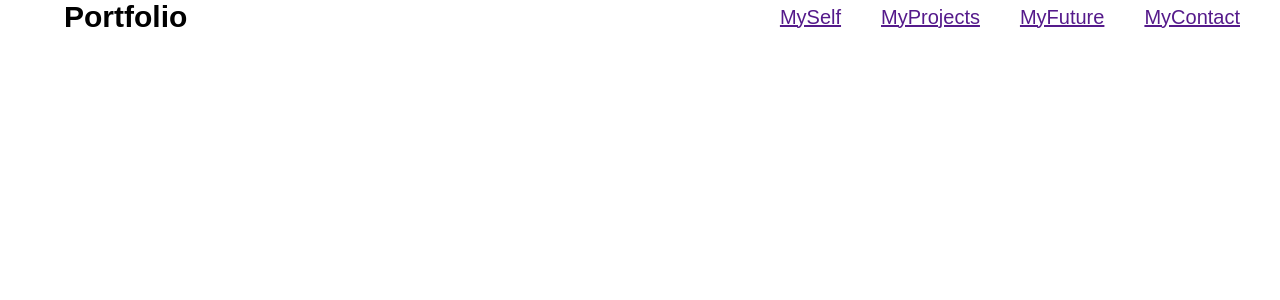
Repository: ChristianGecchelin/PortfolioOnline
Page: index.html
An editor plug-in stored every save of this project. The page is shown before and after the next save, followed by the edit.
The browser window is 1280 px wide. The pictures show the whole page.

Above is the page before, as saved 2022-01-08 11:22:41.

### index.html
<!DOCTYPE html>
<html lang="en">
  <head>
    <meta charset="UTF-8" />
    <meta http-equiv="X-UA-Compatible" content="IE=edge" />
    <meta name="viewport" content="width=device-width, initial-scale=1.0" />
    <title>Portfolio Christian</title>
    <link rel="stylesheet" href="./styles/styles.css" />
  </head>
  <body>
    <header>
      <nav>
        <h1>Portfolio</h1>
        <ul class="nav justify-content-end">
          <li class="nav-item">
            <a class="nav-link" href="">MySelf</a>
          </li>
          <li class="nav-item">
            <a class="nav-link" href="">MyProjects</a>
          </li>
          <li class="nav-item">
            <a class="nav-link" href="">MyFuture</a>
          </li>
          <li class="nav-item">
            <a class="nav-link" href="">MyContact</a>
          </li>
        </ul>
      </nav>
      <main class="principalContainer">
        <section class="principalContainer-mySelf"></section>
        <div class="principalContainer-mySelf--information"></div>
        <div class="principalContainer-mySelf--image"></div>
        <section class="principalContainer-myProject"></section>
        <section class="principalContainer-myFuture"></section>
        <section class="principalContainer-myContact"></section>
      </main>
    </header>
  </body>
</html>

### styles/styles.css
:root {
  --strong-orange: #f7931a;
  --soft-orange: #ffe9d5;
  --secondary-blue: #1a9af7;
  --soft-blue: #e7f5ff;
  --warm-black: #201e1c;
  --black: #282623;
  --grey: #bababa;
  --off-white: #faf8f7;
  --just-white: #fff;
  --light-violet: #b0bbff;
  --strong-violet: #5764b3;
  --skin-color: #ffecb0;
  --yellow-skin-color: #fff3c9;
  --almost-brown: #b3a169;
}
* {
  box-sizing: border-box;
  margin: 0;
  padding: 0;
}
html {
  font-size: 62.5%;
  font-family: "DM Sans", sans-serif;
}
header {
  width: 100%;
  min-width: 320px;
  height: auto;
}
header nav {
  position: relative;
  display: flex;
  flex-direction: row;
  justify-content: space-between;
  align-items: center;
  width: 100%;
  min-width: 320px;
  height: auto;
}
header nav h1 {
  width: 40%;
  min-width: 320px;
  margin: 0 auto;
  font-size: 3rem;
}
header nav ul {
  display: flex;
  width: 50%;
  min-width: 320px;
  justify-content: end;
}
header nav ul li {
  margin-right: 40px;
  text-decoration: none;
  list-style: none;
  font-size: 2rem;
}

After the next save:
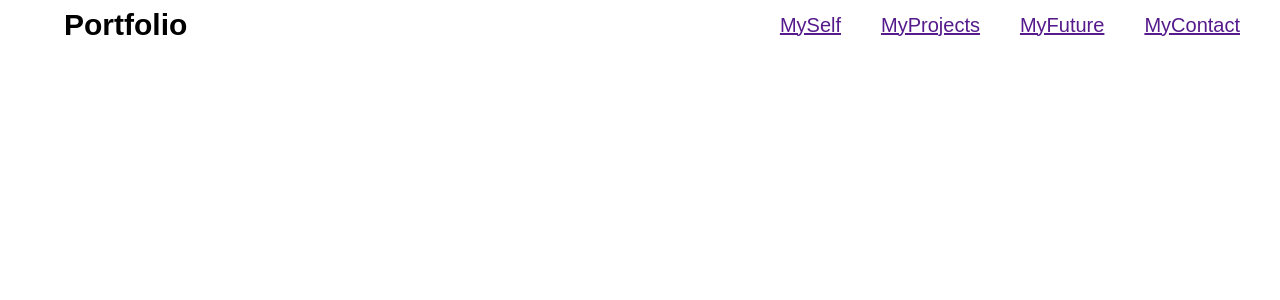
Saved 9 s later.
--- a/styles/styles.css
+++ b/styles/styles.css
@@ -43,6 +43,7 @@ header nav h1 {
   min-width: 320px;
   margin: 0 auto;
   font-size: 3rem;
+  line-height: 5rem;
 }
 header nav ul {
   display: flex;
